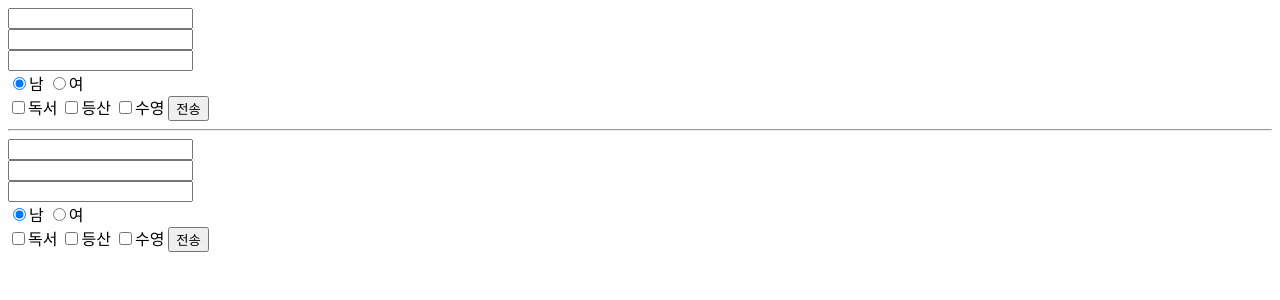
Repository: WonHwiAhn/JAVAClass
Page: 180131_GetParameterValues/WebContent/regist.html
An editor plug-in stored every save of this project. The page is shown before and after the next save, followed by the edit.
The browser window is 1280 px wide. The pictures show the whole page.

Above is the page before, as saved 2018-01-31 01:27:46.

### 180131_GetParameterValues/WebContent/regist.html
<!DOCTYPE html>
<html>
<head>
<meta charset="EUC-KR">
<title>Insert title here</title>
</head>
<body>
	<form action="ms2">
		<input type="text" name="id"><br>
		<input type="password" name="pw"><br>
		<input type="text" name="userName"><br>
		<input type="radio" name="sex" value="m" checked>남
		<input type="radio" name="sex" value="w">여<br>
		<input type="checkbox" name="hobby" value="0">독서
		<input type="checkbox" name="hobby" value="1">등산
		<input type="checkbox" name="hobby" value="2">수영
		<input type="submit" value="전송">
	</form>

	<hr>

	<form action="ms2" method="post">
		<input type="text" name="id"><br>
		<input type="password" name="pw"><br>
		<input type="text" name="userName"><br>
		<input type="radio" name="sex" value="m" checked>남
		<input type="radio" name="sex" value="w">여<br>
		<input type="checkbox" name="hobby" value="0">독서
		<input type="checkbox" name="hobby" value="1">등산
		<input type="checkbox" name="hobby" value="2">수영
		<input type="submit" value="전송">
	</form>
</body>
</html>

After the next save:
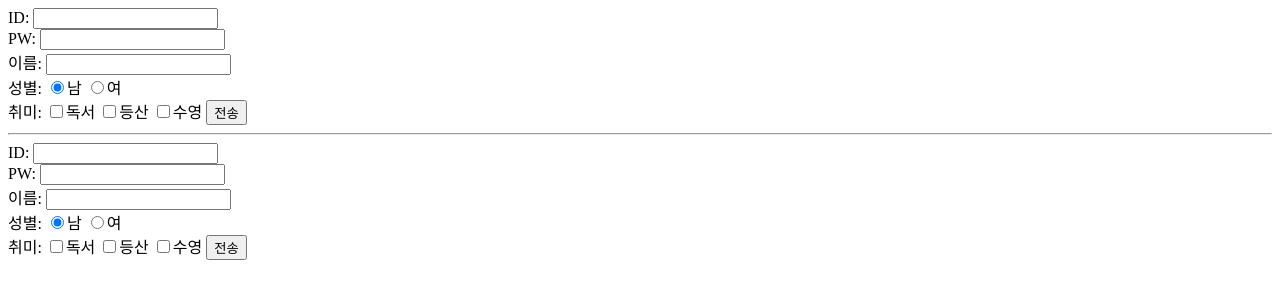
Saved 46 s later.
--- a/180131_GetParameterValues/WebContent/regist.html
+++ b/180131_GetParameterValues/WebContent/regist.html
@@ -6,12 +6,12 @@
 </head>
 <body>
 	<form action="ms2">
-		<input type="text" name="id"><br>
-		<input type="password" name="pw"><br>
-		<input type="text" name="userName"><br>
-		<input type="radio" name="sex" value="m" checked>남
+		ID: <input type="text" name="id"><br>
+		PW: <input type="password" name="pw"><br>
+		이름: <input type="text" name="userName"><br>
+		성별: <input type="radio" name="sex" value="m" checked>남
 		<input type="radio" name="sex" value="w">여<br>
-		<input type="checkbox" name="hobby" value="0">독서
+		취미: <input type="checkbox" name="hobby" value="0">독서
 		<input type="checkbox" name="hobby" value="1">등산
 		<input type="checkbox" name="hobby" value="2">수영
 		<input type="submit" value="전송">
@@ -20,12 +20,12 @@
 	<hr>
 
 	<form action="ms2" method="post">
-		<input type="text" name="id"><br>
-		<input type="password" name="pw"><br>
-		<input type="text" name="userName"><br>
-		<input type="radio" name="sex" value="m" checked>남
+		ID: <input type="text" name="id"><br>
+		PW: <input type="password" name="pw"><br>
+		이름: <input type="text" name="userName"><br>
+		성별: <input type="radio" name="sex" value="m" checked>남
 		<input type="radio" name="sex" value="w">여<br>
-		<input type="checkbox" name="hobby" value="0">독서
+		취미: <input type="checkbox" name="hobby" value="0">독서
 		<input type="checkbox" name="hobby" value="1">등산
 		<input type="checkbox" name="hobby" value="2">수영
 		<input type="submit" value="전송">
